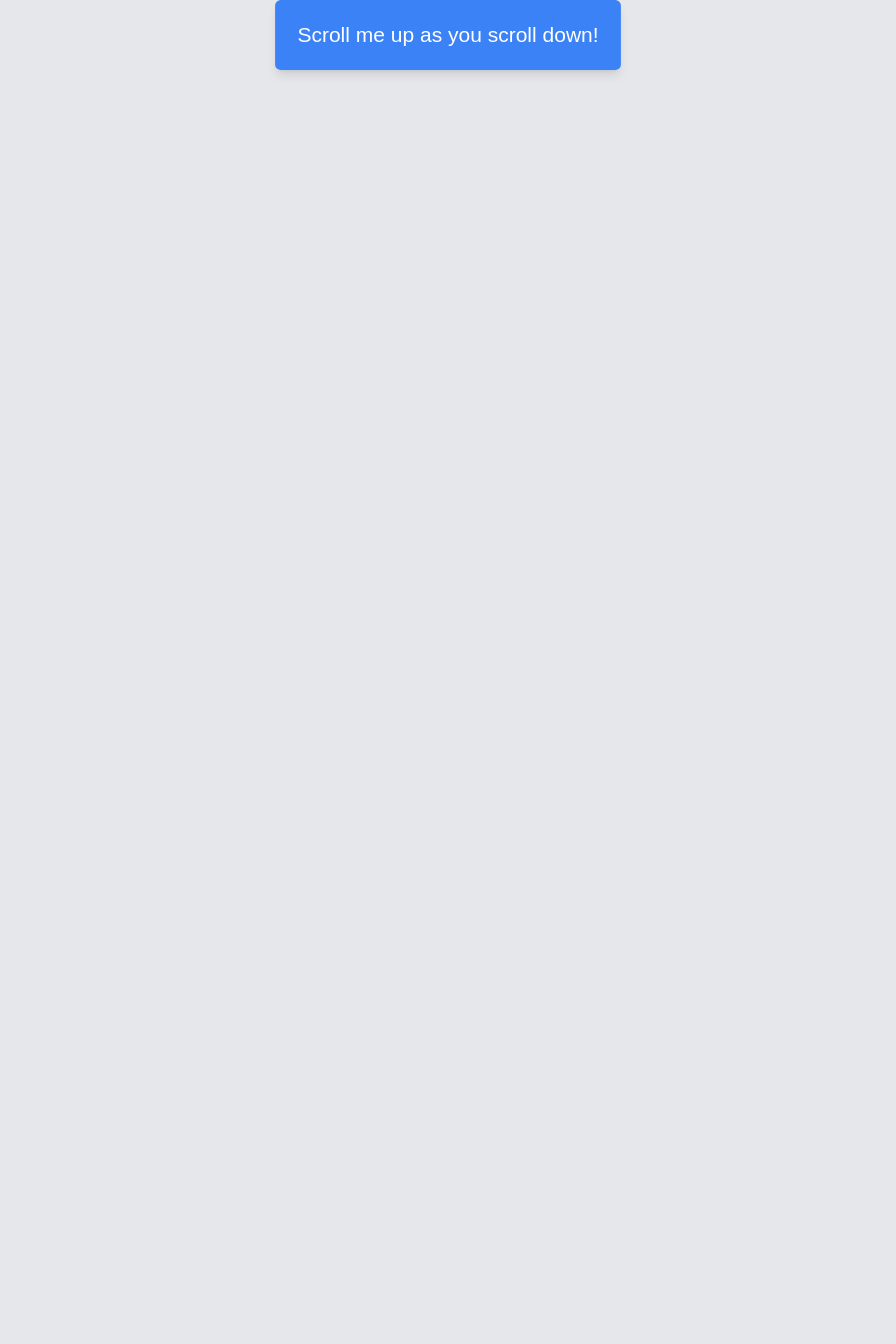
Repository: TMuse333/focus-flow2
Page: / (app in frontend/)
These files come from the project's save history. The page is drawn as it stood at one moment and after the next save; the edit follows.
The browser window is 1280 px wide. The pictures show the part of the page from y = 0 to 1920 px (the page is 2720 px tall), at 70% of full size.
The project was rebuilt for these pictures with package versions that can differ from the ones it lists, and the page was loaded fresh each time. The framework's server and built-in components were replaced by stand-ins that run in the browser. Also part of the build but not shown: frontend/next.config.ts.

Above is the page before, as saved 2025-02-25 17:51:08.

After the next save:
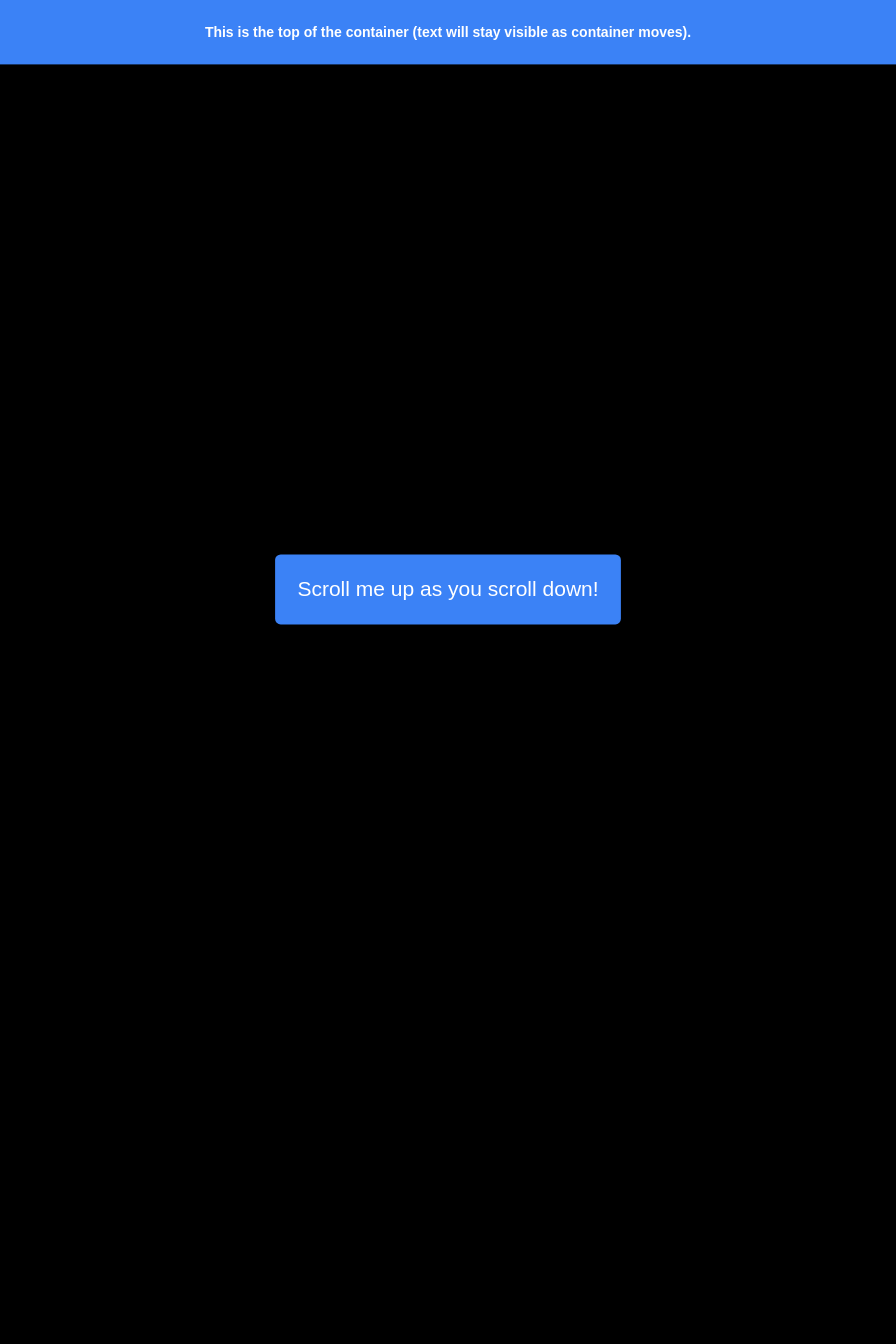
Saved 51 s later.
--- a/frontend/src/components/herobanner/herobanner.tsx
+++ b/frontend/src/components/herobanner/herobanner.tsx
@@ -1,22 +1,14 @@
 "use client";
 
-import React, { useEffect, useRef } from "react";
-import { gsap } from "gsap";
+import React, { useState, useEffect, useRef } from "react";
 
 const ScrollTranslateContainer = () => {
     const containerRef = useRef(null);
+    const [scrollPosition, setScrollPosition] = useState(0);
 
     useEffect(() => {
         const handleScroll = () => {
-            const scrollY = window.scrollY;
-            const maxTranslate = 1000; // Maximum translation in pixels
-            const translateAmount = Math.min(scrollY, maxTranslate); // Ensure we don't exceed maxTranslate
-
-            // Apply translation to the container based on scroll position
-            gsap.to(containerRef.current, {
-                duration: 0.3,
-                y: -translateAmount, // Translate upwards
-            });
+            setScrollPosition(window.scrollY);
         };
 
         // Listen for the scroll event
@@ -28,11 +20,25 @@
         };
     }, []);
 
+    // Calculate the translation amount, ensuring it doesn't go beyond 1000px
+    const translateY = Math.min(scrollPosition, 1000);
+
     return (
-        <div ref={containerRef} className="w-full h-[2000px] bg-gray-200">
-            <div className="flex justify-center items-start h-full">
+        <div
+            ref={containerRef}
+            className="w-full h-[2000px] bg-black text-white"
+            style={{
+                transform: `translateY(-${translateY}px)`, // Translate container upwards as you scroll
+                transition: "transform 0.1s ease-out", // Smooth transition
+            }}
+        >
+            <div className="p-8 bg-blue-500 text-xl font-bold text-center">
+                This is the top of the container (text will stay visible as container moves).
+            </div>
+
+            <div className="flex justify-center items-center h-[1500px]">
                 <div className="p-8 bg-blue-500 text-white rounded-lg shadow-lg">
-                    <h2 className="text-3xl mb-auto s">Scroll me up as you scroll down!</h2>
+                    <h2 className="text-3xl">Scroll me up as you scroll down!</h2>
                 </div>
             </div>
         </div>
